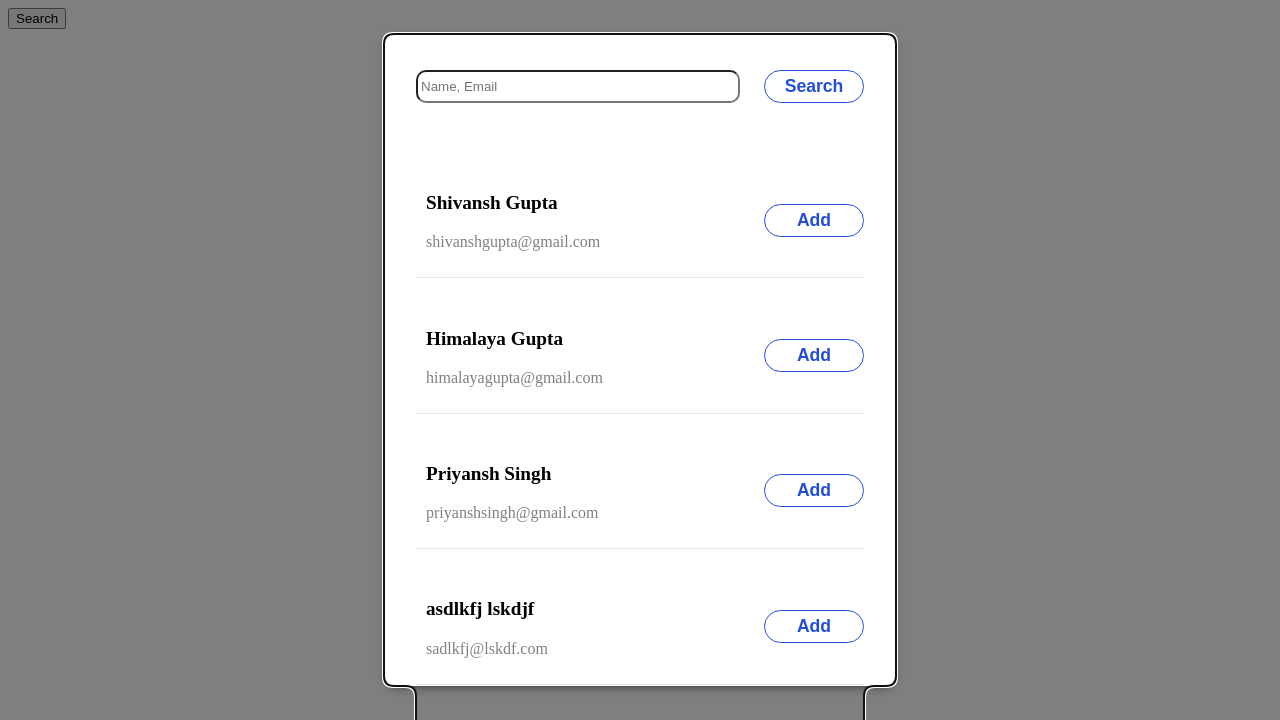
Repository: shiv0403/event-planner
Page: /, after clicking the first element matching `button`
The author's editor kept a copy of each file at every save. The page is drawn from the files as they stood at one save, then again after the next save.
The browser window is 1280 px wide. The pictures show the whole page.
The project was rebuilt for these pictures with package versions that can differ from the ones it lists, and the page was loaded fresh each time.

Above is the page before, as saved 2021-07-27 12:14:54.

### src/App.js
import React from "react";
import Modal from "./Components/SearchModal/SearchModal";

function App() {
  return (
    <div className="App">
      <Modal />
    </div>
  );
}

export default App;

### src/Components/SearchModal/SearchModal.js
import React, { useState } from "react";
import { makeStyles } from "@material-ui/core/styles";
import Modal from "@material-ui/core/Modal";
import Backdrop from "@material-ui/core/Backdrop";
import Fade from "@material-ui/core/Fade";
import SearchPerson from "./SearchPerson";

import "./SearchModal.css";

const useStyles = makeStyles((theme) => ({
  modal: {
    display: "flex",
    alignItems: "center",
    justifyContent: "center",
  },
  paper: {
    backgroundColor: theme.palette.background.paper,
    boxShadow: theme.shadows[5],
    padding: theme.spacing(2, 4, 3),
    width: "35%",
    borderRadius: "10px",
    height: "85%",
  },
}));

export default function TransitionsModal() {
  const classes = useStyles();
  const [open, setOpen] = useState(false);
  const [data, setData] = useState([
    {
      name: "Shivansh Gupta",
      email: "shivanshgupta@gmail.com",
    },
    {
      name: "Himalaya Gupta",
      email: "himalayagupta@gmail.com",
    },
    {
      name: "Priyansh Singh",
      email: "priyanshsingh@gmail.com",
    },
    {
      name: "asdlkfj lskdjf",
      email: "sadlkfj@lskdf.com",
    },

    {
      name: "asdlkfj lskdjf",
      email: "sadlkfj@lskdf.com",
    },
  ]);

  const handleOpen = () => {
    setOpen(true);
  };

  const handleClose = () => {
    setOpen(false);
  };

  return (
    <div>
      <button type="button" onClick={handleOpen}>
        Search
      </button>
      <Modal
        aria-labelledby="transition-modal-title"
        aria-describedby="transition-modal-description"
        className={classes.modal}
        open={open}
        onClose={handleClose}
        closeAfterTransition
        BackdropComponent={Backdrop}
        BackdropProps={{
          timeout: 500,
        }}
      >
        <Fade in={open}>
          <div className={classes.paper}>
            <div className="search__header">
              <input type="text" placeholder="Name, Email" />
              <button type="submit"> Search</button>
            </div>
            <div className="search__body">
              {data.map((person) => (
                <SearchPerson name={person.name} email={person.email} />
              ))}
            </div>
            <div className="search__footer">
              <p>https://invitelinke.com</p>
              <button type="submit">Share</button>
            </div>
          </div>
        </Fade>
      </Modal>
    </div>
  );
}

### src/Components/SearchModal/SearchPerson.js
import React from "react";
import "./SearchPerson.css";

function SearchPerson({ name, email }) {
  return (
    <div className="search__person">
      <div className="sp__details">
        <h3>{name}</h3>
        <p>{email}</p>
      </div>

      <div className="sp__add">
        <button type="submit">Add</button>
      </div>
    </div>
  );
}

export default SearchPerson;

### src/Components/SearchModal/SearchModal.css
.search__header {
  display: flex;
  justify-content: space-between;
  margin-bottom: 40px;
  /* margin-top: 20px; */
  padding: 20px 0;
}

.search__header > input {
  border-radius: 10px;
  width: 70%;
  padding: 3px;
  margin-right: 10px;
}

.search__header > button {
  padding: 5px 3px;
  width: 100px;
  border: 1px #244ed8 solid;
  font-size: 1.1rem;
  border-radius: 20px;
  background-color: #fff;
  font-weight: 800;
  color: #244ed8;
}

.search__footer {
  display: flex;
  justify-content: space-between;
  margin-top: 40px;
}

.search__footer > p {
  background-color: #eee;
  padding: 5px 10px;
  width: 70%;
  border-radius: 10px;
  margin-right: 10px;
}

.search__footer > button {
  padding: 5px 3px;
  width: 100px;
  border: 1px #244ed8 solid;
  font-size: 1.1rem;
  border-radius: 20px;
  background-color: #fff;
  font-weight: 800;
  color: #244ed8;
}

.search__footer > button:hover {
  background-color: RGBA(36, 78, 216, 0.1);
  box-shadow: inset 0 0 0 1.5px #244ed8;
  transition: all 0.3s;
}

### src/Components/SearchModal/SearchPerson.css
.search__person {
  display: flex;
  justify-content: space-between;
  align-items: center;
  /* padding: 20px 30px; */
  width: 100%;
  margin: 20px auto;
  border-bottom: 1px #e2e8f0 solid;
}

.sp__details {
  /* background-color: #eee; */
  border-radius: 10px;
  width: 95%;
  padding: 10px;
  margin-right: 10px;
}

.sp__details > h3 {
  font-size: 1.2rem;
}

.sp__details > p {
  font-size: 1rem;
  margin-top: 5px;
  color: gray;
}

.sp__add > button {
  padding: 5px 3px;
  width: 100px;
  border: 1px #244ed8 solid;
  font-size: 1.1rem;
  border-radius: 20px;
  background-color: #fff;
  font-weight: 800;
  color: #244ed8;
}

.sp__add > button:hover {
  background-color: RGBA(36, 78, 216, 0.1);
  box-shadow: inset 0 0 0 1.5px #244ed8;
  transition: all 0.3s;
}

/*
#f7fafc
#2563eb
#414a59
#244ed8 */

Loaded but not shown: public/index.html (common file); src/index.js (common file)

After the next save:
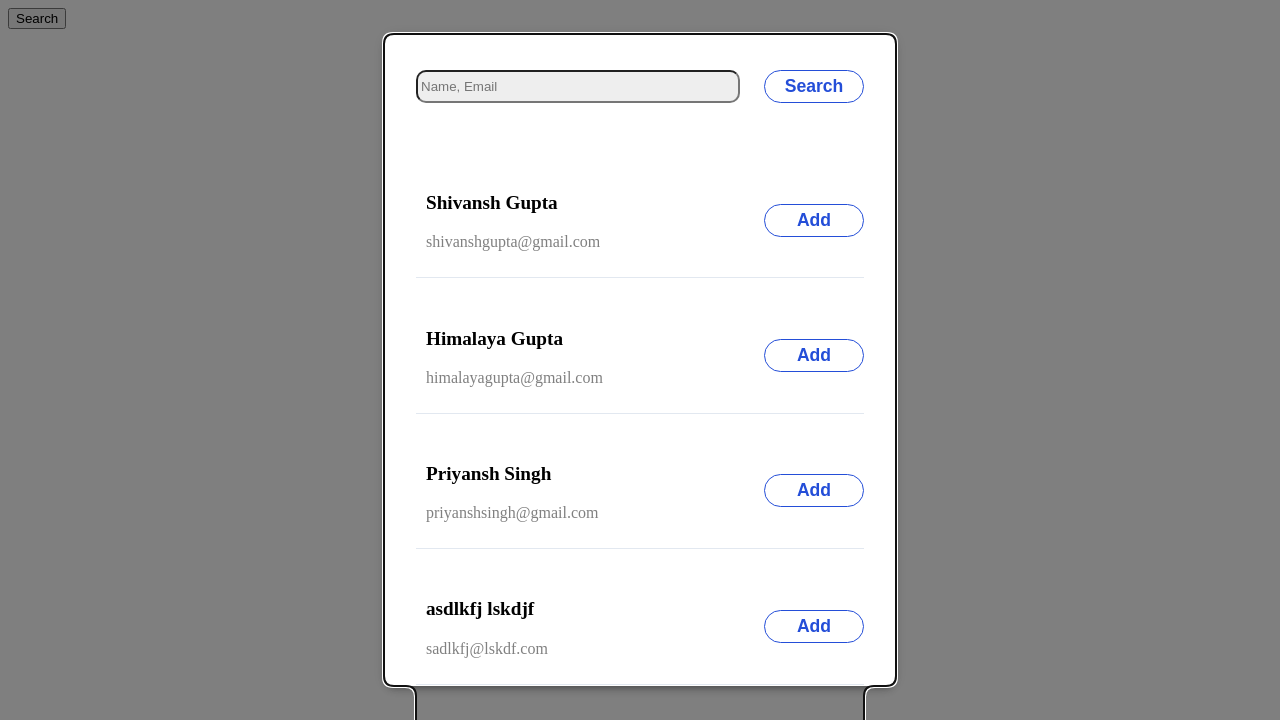
Saved 41 s later.
--- a/src/Components/SearchModal/SearchModal.css
+++ b/src/Components/SearchModal/SearchModal.css
@@ -11,6 +11,7 @@
   width: 70%;
   padding: 3px;
   margin-right: 10px;
+  background-color: #eee;
 }
 
 .search__header > button {
